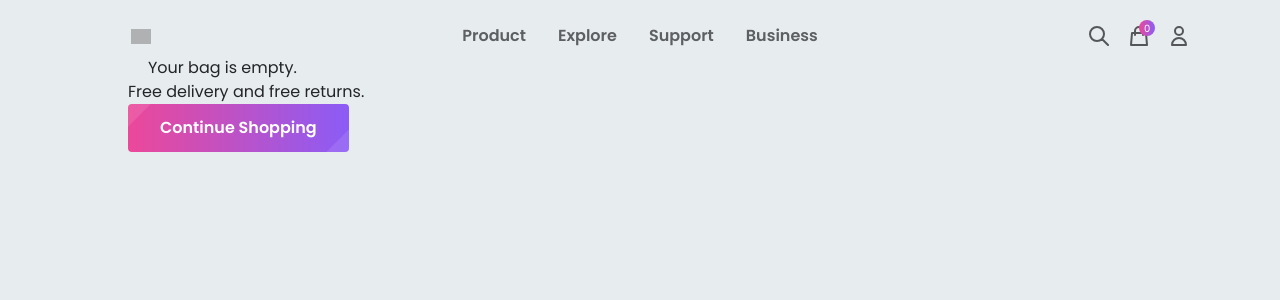
Repository: aliamini1422/semiAppleSite
Page: /checkout
An editor plug-in stored every save of this project. The page is shown before and after the next save, followed by the edit.
The browser window is 1280 px wide. The pictures show the whole page.
Pictures or frames that could not be fetched are drawn as grey boxes. The page's requests for data from a server got no answer. The project was rebuilt for these pictures with package versions that can differ from the ones it lists, and the page was loaded fresh each time. The framework's server and built-in components were replaced by stand-ins that run in the browser. No one was signed in, and anything a server would have sent is missing. Also part of the build but not shown: next.config.js, sanity.js, components/CheckoutProduct.tsx.

Above is the page before, as saved 2022-09-05 02:23:51.

### pages/_app.tsx
import '../styles/globals.css'
import type { AppProps } from 'next/app'
import { Provider} from "react-redux";
import { store } from "../redux/store";
import { Toaster } from "react-hot-toast";

function MyApp({ Component, pageProps }: AppProps) {
  return (
    <Provider store={store}>
      <Toaster />
      <Component {...pageProps} />
    </Provider>
  )
}

export default MyApp

### pages/checkout.tsx
import React from 'react'
import Header from '../components/Header'
import { useSelector } from 'react-redux';
import { selectBasketItems } from '../redux/basketSlice';
import { useRouter } from 'next/router';
import Button from '../components/Button';
import { useState, useEffect } from 'react';
import CheckoutProduct from '../components/CheckoutProduct';

function checkout() {
    const items = useSelector(selectBasketItems);
    const router = useRouter();
    const [groupedItemsInBasket, setGroupedItemsInBasket] = useState({} as {[key: string]: Product []});


    useEffect(()=>{
        const groupedItems = items.reduce((results, item)=>{
            (results[item._id] = results[item._id] || []).push(item);
            return results;
        },{} as {[key: string]: Product []})
        setGroupedItemsInBasket(groupedItems);
    },[items]);



  return (
    <div className='min-h-screen overflow-hidden bg-[#E7ECEE]'>
        <Header />
        <main className='mx-auto max-w-5xl pb-24'>
            <div className='px-5 '>
                <h1>{items.length > 0 ? "Review your bag" : "Your bag is empty."}</h1>
            </div>
            <p>Free delivery and free returns.</p>
            {items.length === 0 && (<Button title='Continue Shopping' onClick={()=>router.push("/")} />)}
            <div>
                {items.length > 0 && (
                    <div className='mx-8 md:mx-16'>
                        {Object.entries(groupedItemsInBasket).map(([key, items]) =>(
                            <CheckoutProduct key={key} items={items} id={key} />
                        ))}
                    </div>
                )}
            </div>
        </main>
    </div>
  )
}

export default checkout

### styles/globals.css
@import url('https://fonts.googleapis.com/css2?family=Poppins:ital,wght@0,100;0,200;0,300;0,400;0,500;0,600;0,700;0,800;0,900;1,100;1,200;1,400;1,500;1,600;1,700;1,800;1,900&display=swap');
@tailwind base;
@tailwind components;
@tailwind utilities;

@layer base{
    body{
        @apply font-body text-[#232428]
    }
}
@layer components{
    .headerLink{
        @apply cursor-pointer  font-semibold opacity-70 transition hover:opacity-100
    }
    .headerIcon{
        @apply w-6 h-6 cursor-pointer opacity-75 transition hover:opacity-100
    }
    .link{
        @apply relative cursor-pointer text-lg font-medium before:absolute before:inset-x-0 before:rounded-bl before:origin-left before:-bottom-1.5
         before:h-0.5 before:bg-black before:transform before:scale-x-0 before:transition-all before:duration-200
         hover:before:scale-x-100
    }

    .borderGradient{
        @apply text-center pb-1 bg-gradient-to-r from-[#ec4899] to-[#8b5cf6] bg-left-bottom bg-no-repeat bg-[length:100%_2px]
    }
    .tabPanel{
        @apply grid grid-cols-1 gap-8 sm:grid-cols-2 md:grid-cols-1 lg:grid-cols-2 xl:grid-cols-3
    }
}

### redux/store.ts
import { configureStore } from '@reduxjs/toolkit'
import basketReducer from './basketSlice';

export const store = configureStore({
  reducer: {
    basket: basketReducer,
  },
})

// Infer the `RootState` and `AppDispatch` types from the store itself
export type RootState = ReturnType<typeof store.getState>
// Inferred type: {posts: PostsState, comments: CommentsState, users: UsersState}
export type AppDispatch = typeof store.dispatch

### components/Header.tsx
import Image from 'next/image'
import Link from 'next/link'
import React from 'react'
import { useSelector } from 'react-redux';
import {SearchIcon, ShoppingBagIcon, UserIcon} from '@heroicons/react/outline';
import { selectBasketItems } from '../redux/basketSlice';
import { useRouter } from 'next/router';
function Header() {
  const router = useRouter();
  const items = useSelector(selectBasketItems);
  const session = false;
  return (
    <header className='sticky top-0 w-full z-30 flex items-center justify-between bg-[#E7ECEE] pt-4 px-4'>
      <div className='flex items-center justify-center md:w-1/5'>
        <Link href= "/">
          <div className='relative w-5 h-10 cursor-pointer opacity-75  transition hover:opacity-100'>
            <Image src="https://upload.wikimedia.org/wikipedia/commons/thumb/f/fa/Apple_logo_black.svg/1667px-Apple_logo_black.svg.png" layout='fill' objectFit='contain'/>
          </div>
        </Link>
      </div>
      <div className='hidden flex-1 items-center justify-center space-x-8 md:flex'>
        <a className='headerLink' href="/">Product</a>
        <a className='headerLink' href="/">Explore</a>
        <a className='headerLink' href="/">Support</a>
        <a className='headerLink' href="/">Business</a>
      </div>
      <div className='flex gap-x-4 items-center justify-center md:w-1/5'>
        <SearchIcon className='headerIcon'/>
        <div className='relative cursor-pointer'>
          <span className='absolute -right-1 -top-1 z-30 flex items-center w-4 h-4 justify-center bg-gradient-to-r from-pink-500 to-violet-500
          rounded-full text-[10px] text-white'>{items.length}</span>
          <ShoppingBagIcon className='headerIcon' onClick={()=>{router.push("/checkout")}}/>
        </div>
        {session ? (<Image src="" className='cursor-pointer rounded-full'/>): (<UserIcon className='headerIcon'/>)}
      </div>
    </header>
  )
}

export default Header

### redux/basketSlice.ts
import { createSlice } from '@reduxjs/toolkit'
import type { PayloadAction } from '@reduxjs/toolkit'
import type { RootState } from './store'
import { stat } from 'fs'

// Define a type for the slice state
interface BasketState {
  items:Product[]
}

// Define the initial state using that type
const initialState: BasketState = {
  items:[],
}

export const basketSlice = createSlice({
  name: 'basket',
  // `createSlice` will infer the state type from the `initialState` argument
  initialState,
  reducers: {
    addToBasket: (state: BasketState, action:PayloadAction<Product>) => {
      state.items = [...state.items, action.payload];
    },
    removeFromBasket: (
      state: BasketState,
      action: PayloadAction<{ id: string }>
    ) => {
      const index = state.items.findIndex(
        (item: Product) => item._id === action.payload.id
      );

      let newBasket = [...state.items];

      if (index >= 0) {
        newBasket.splice(index, 1);
      } else {
        console.log(
          `Cant remove product (id: ${action.payload.id}) as its not in basket!`
        );
      }

      state.items = newBasket;
    },
    // Use the PayloadAction type to declare the contents of `action.payload`

  },
})

export const { addToBasket, removeFromBasket } = basketSlice.actions

// Other code such as selectors can use the imported `RootState` type
export const selectBasketItems = (state: RootState) => state.basket.items;
export const selectBasketItemsWithId = (state: RootState, id:string) => {
    state.basket.items.filter((item:Product)=> item._id === id);
 };
export const selectBasketTotal = (state: RootState)=>{
    state.basket.items.reduce((total:number, item:Product)=>(total += item.price),0);
}

export default basketSlice.reducer

### components/Button.tsx
import React from 'react'

interface Props{
    title:string;
    onClick?: ()=> void;
    width?:string;
    loading?:boolean;
    padding?:string;
    noIcon?:boolean;
}


function Button({ title, onClick, width, loading, padding, noIcon }: Props) {
    return (
      <button
        className={`ease group relative z-30 box-border inline-flex ${
          width ? width : "w-auto"
        } ${padding} cursor-pointer items-center justify-center overflow-hidden rounded bg-indigo-600 bg-gradient-to-r from-pink-500 to-violet-500 px-8 py-3 font-bold text-white transition-all duration-300 focus:outline-none`}
        onClick={onClick}
      >
        <span className="absolute bottom-0 right-0 -mb-8 -mr-5 h-20 w-8 translate-x-1 rotate-45 transform bg-white opacity-10 transition-all duration-300 ease-out group-hover:translate-x-0"></span>
        <span className="absolute top-0 left-0 -mt-1 -ml-12 h-8 w-20 -translate-x-1 -rotate-45 transform bg-white opacity-10 transition-all duration-300 ease-out group-hover:translate-x-0"></span>

        <span className="relative z-20 flex items-center font-semibold">
          {noIcon && (
            <svg
              className="relative mr-2 h-5 w-5 flex-shrink-0 text-white"
              fill="none"
              stroke="currentColor"
              viewBox="0 0 24 24"
              xmlns="http://www.w3.org/2000/svg"
            >
              <path
                strokeLinecap="round"
                strokeLinejoin="round"
                strokeWidth="2"
                d="M13 10V3L4 14h7v7l9-11h-7z"
              ></path>
            </svg>
          )}
          {loading ? "Loading..." : title}
        </span>
      </button>
    );
  }

  export default Button;

### tailwind.config.js
/** @type {import('tailwindcss').Config} */
module.exports = {
  content: [
    './pages/**/*.{js,ts,jsx,tsx}',
    './components/**/*.{js,ts,jsx,tsx}',
  ],
  theme: {
    extend: {
      fontFamily :{
        body: ["Poppins", "Sans-serif"],
      }
    },
  },
  plugins: [],
}

After the next save:
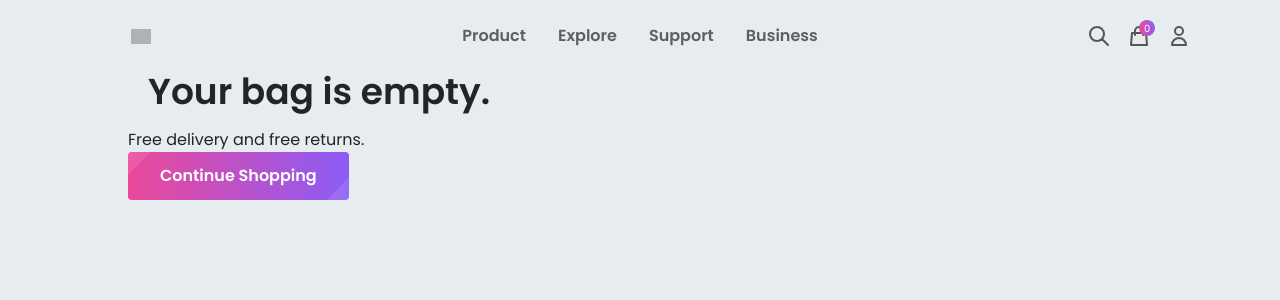
Saved 55 s later.
--- a/pages/checkout.tsx
+++ b/pages/checkout.tsx
@@ -28,7 +28,7 @@ function checkout() {
         <Header />
         <main className='mx-auto max-w-5xl pb-24'>
             <div className='px-5 '>
-                <h1>{items.length > 0 ? "Review your bag" : "Your bag is empty."}</h1>
+                <h1 className='my-4 text-3xl font-semibold lg:text-4xl'>{items.length > 0 ? "Review your bag" : "Your bag is empty."}</h1>
             </div>
             <p>Free delivery and free returns.</p>
             {items.length === 0 && (<Button title='Continue Shopping' onClick={()=>router.push("/")} />)}
